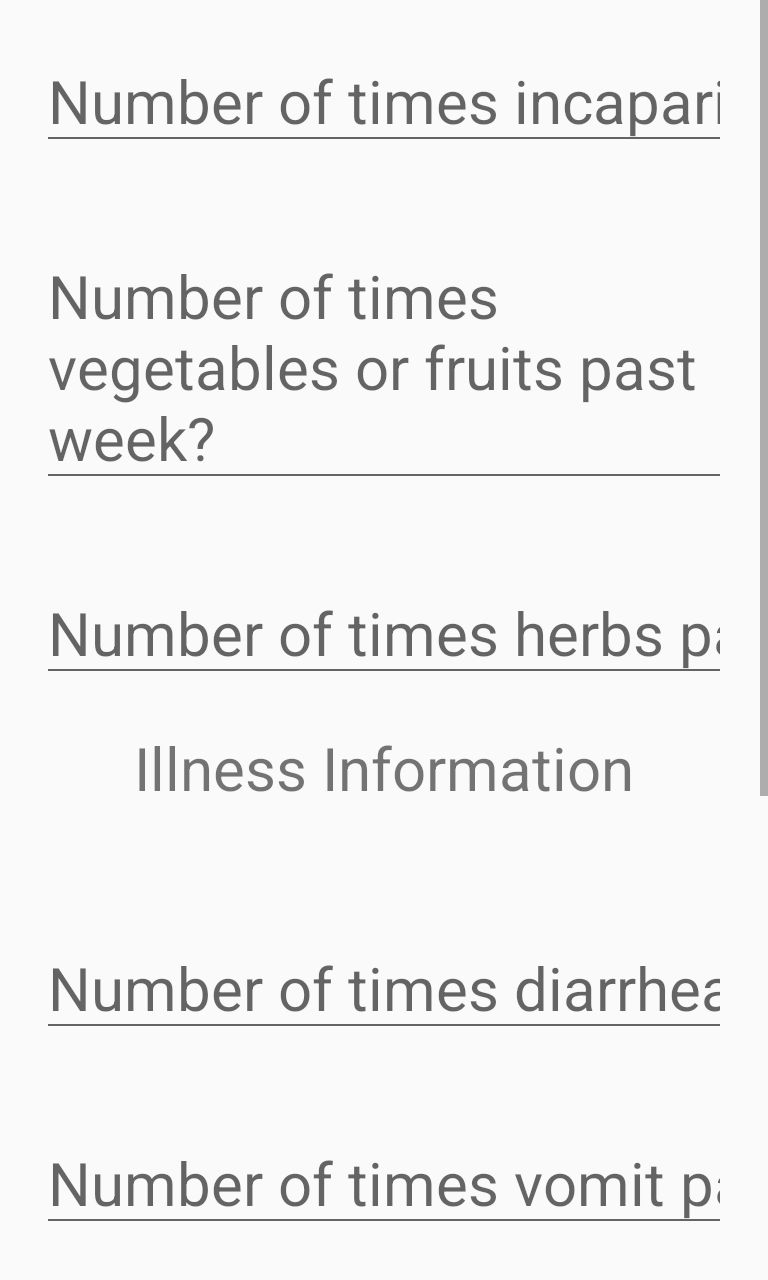
Repository: achavez812/GuatemalaProject2
Layout: GuateMedic-master/GuateMedic/res/layout/fragment_add_new_child_visit4.xml
The author's editor kept a copy of each file at every save. The layout is drawn from the files as they stood at one save, then again after the next save.
It is drawn on a 768 x 1280 px phone screen (xhdpi) without system bars, with theme AppTheme; the app's code is not run.

Above is the layout before, as saved 2014-07-03 09:11:28.

After the next save:
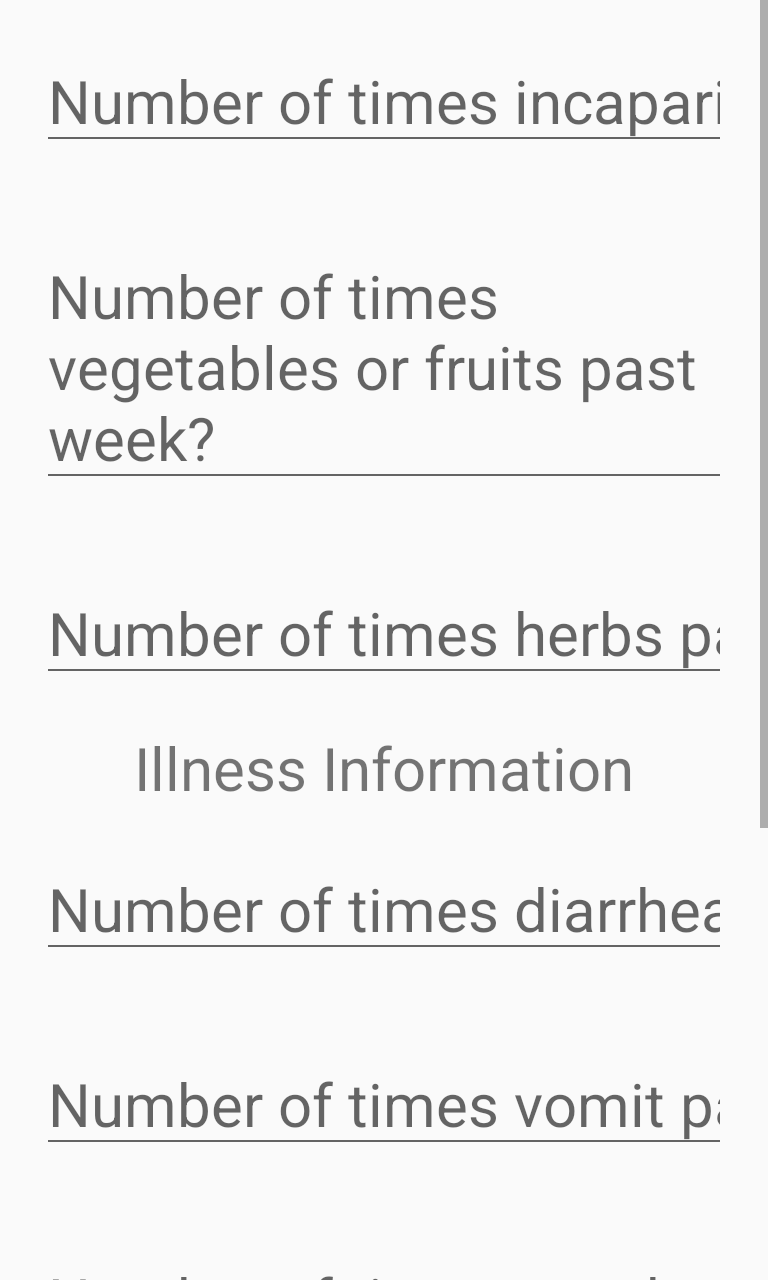
Saved 11 s later.
--- a/GuateMedic-master/GuateMedic/res/layout/fragment_add_new_child_visit4.xml
+++ b/GuateMedic-master/GuateMedic/res/layout/fragment_add_new_child_visit4.xml
@@ -59,8 +59,8 @@
 		android:layout_marginLeft="20dp"
 		android:layout_marginRight="20dp"
 		android:layout_marginBottom="20dp"
-		android:layout_marginTop="100dp"
-		android:layout_below="@+id/child_visit4_num_times_herbs_past_week"
+		android:layout_marginTop="20dp"
+		android:layout_below="@+id/illness_info_text"
 		android:layout_centerHorizontal="true"
         android:hint="Number of times diarrhea past week?"
         android:inputType="number"
